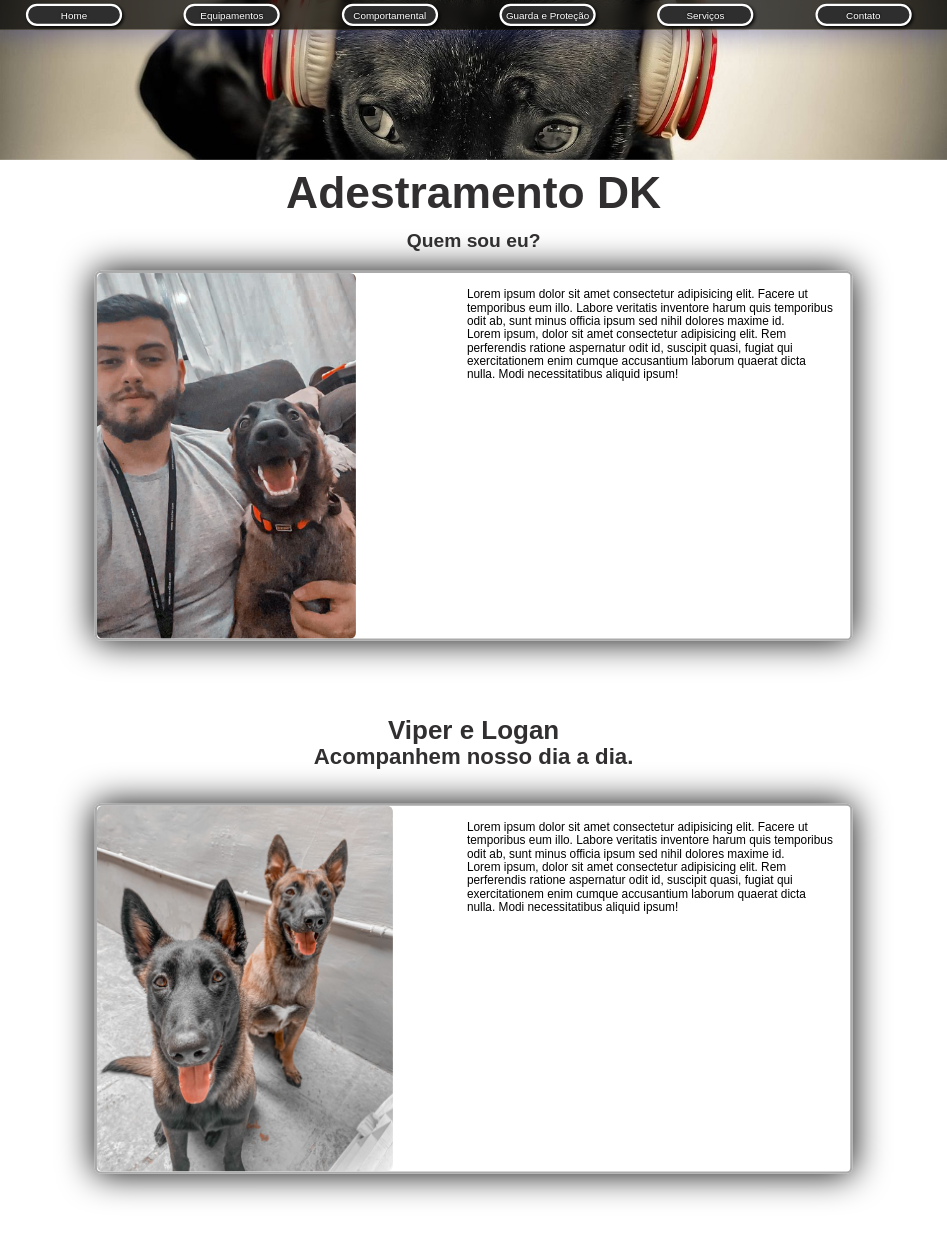
Repository: KevynMarques/Blog-React-StyledComponent
Page: /
These files come from the project's save history. The page is drawn as it stood at one moment and after the next save; the edit follows.
The browser window is 1280 px wide. The pictures show the whole page, at 74% of full size.
The project was rebuilt for these pictures with package versions that can differ from the ones it lists, and the page was loaded fresh each time.

Above is the page before, as saved 2022-02-01 19:14:26.

After the next save:
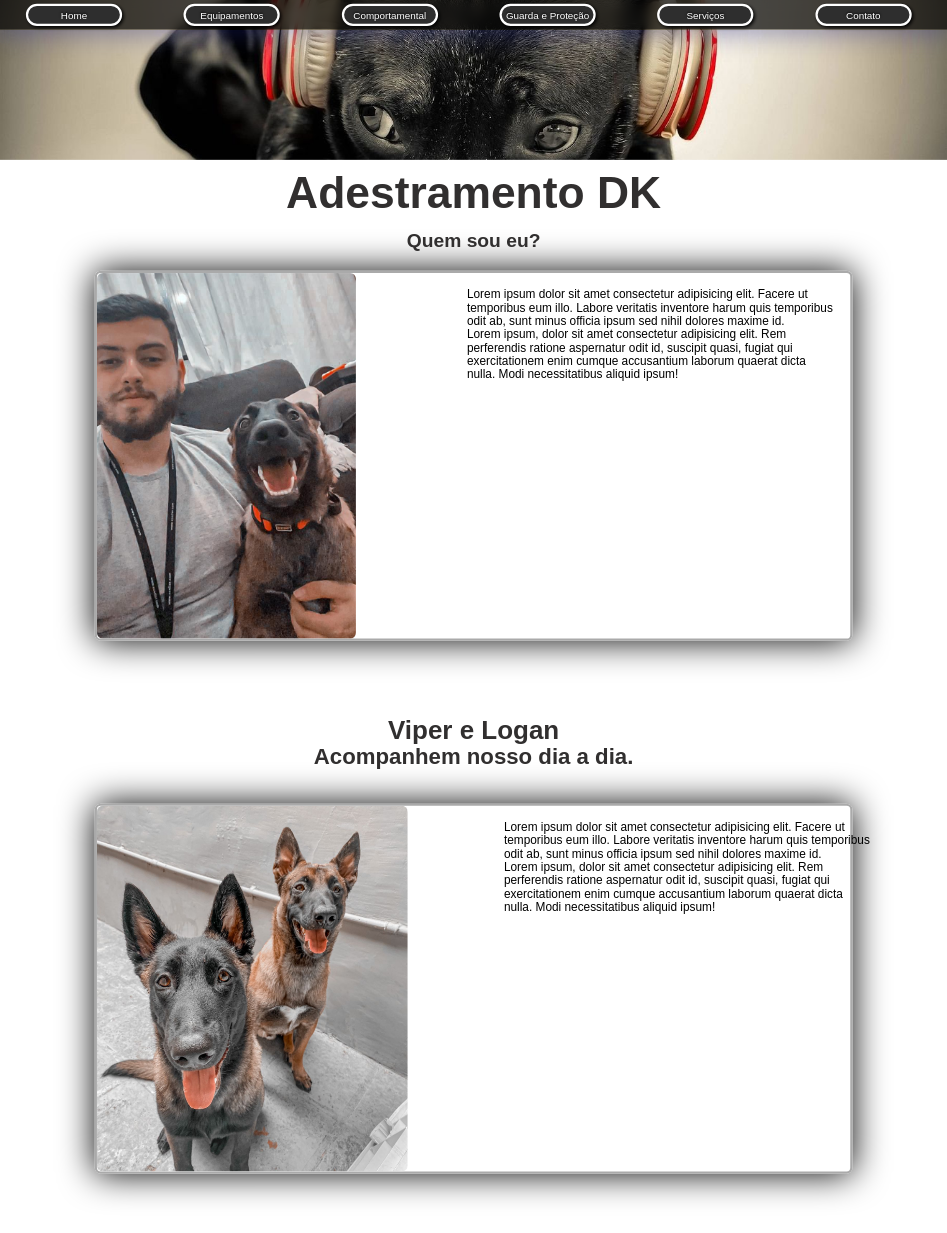
Saved 20 s later.
--- a/src/Components/Sobre/style.jsx
+++ b/src/Components/Sobre/style.jsx
@@ -78,6 +78,6 @@ p {
     margin-top: 20px;
     font-size: 16px;
     font-family: Arial, Helvetica, sans-serif;
-    margin-left: 500px;
+    margin-left: 550px;
   }
 `;
